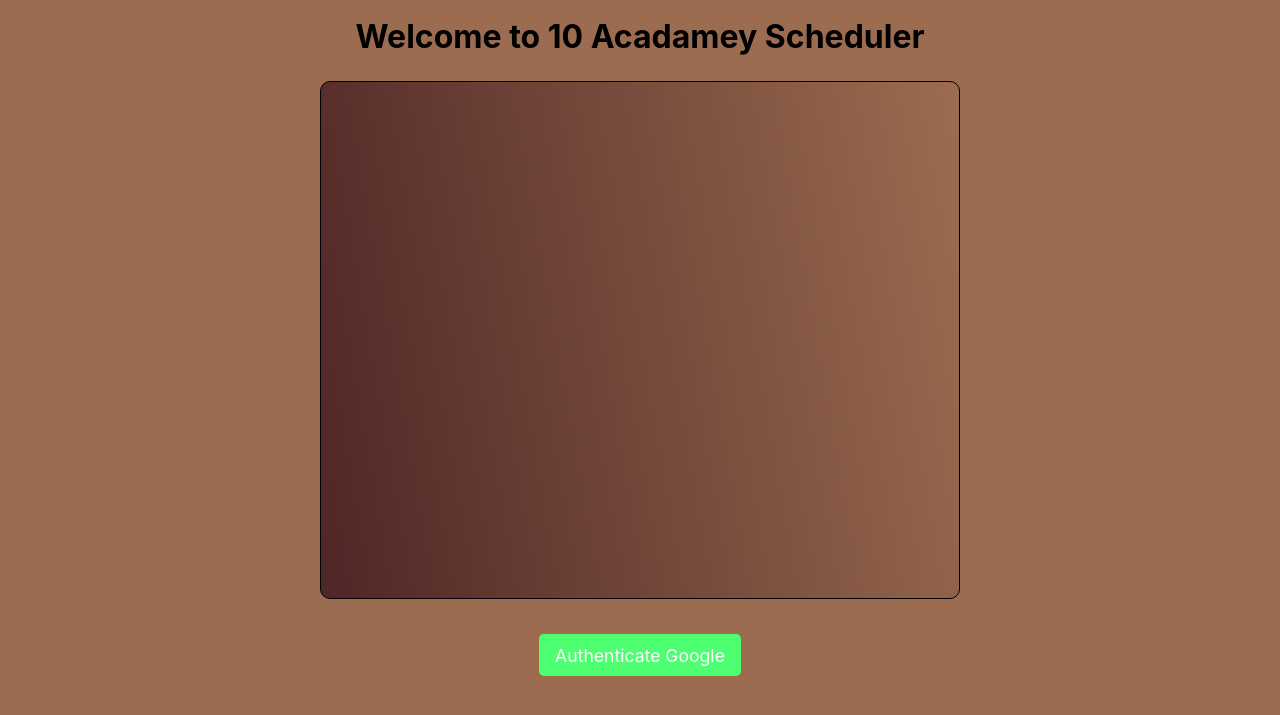
Repository: nebilarega/calendar-extractor
Page: / (app in frontend/)
These files come from the project's save history. The page is drawn as it stood at one moment and after the next save; the edit follows.
The browser window is 1280 px wide. The pictures show the whole page.
The pointer rests on the first visible `button`.
The project was rebuilt for these pictures with package versions that can differ from the ones it lists, and the page was loaded fresh each time.

Above is the page before, as saved 2022-08-24 23:42:45.

After the next save:
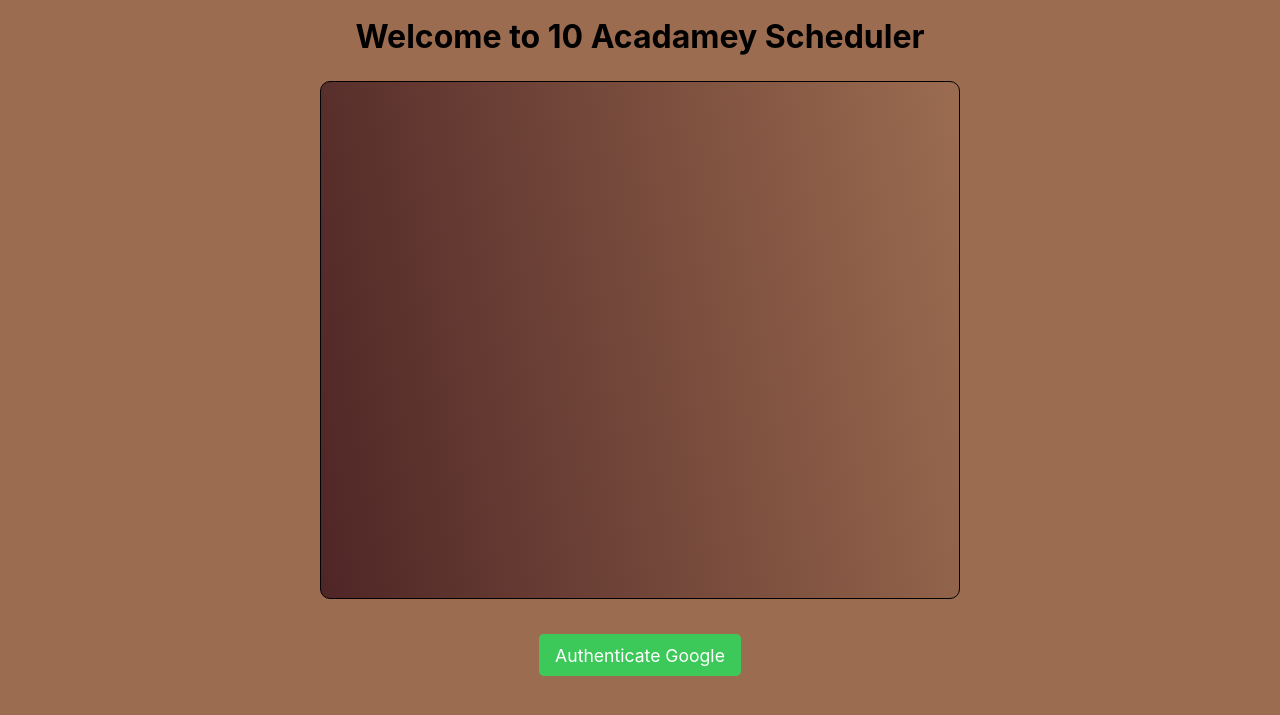
Saved 42 s later.
--- a/frontend/src/css/landing.css
+++ b/frontend/src/css/landing.css
@@ -105,5 +105,5 @@
   outline: none;
 }
 button:hover {
-  background-color: #4eff71;
+  background-color: #3dc959;
 }
